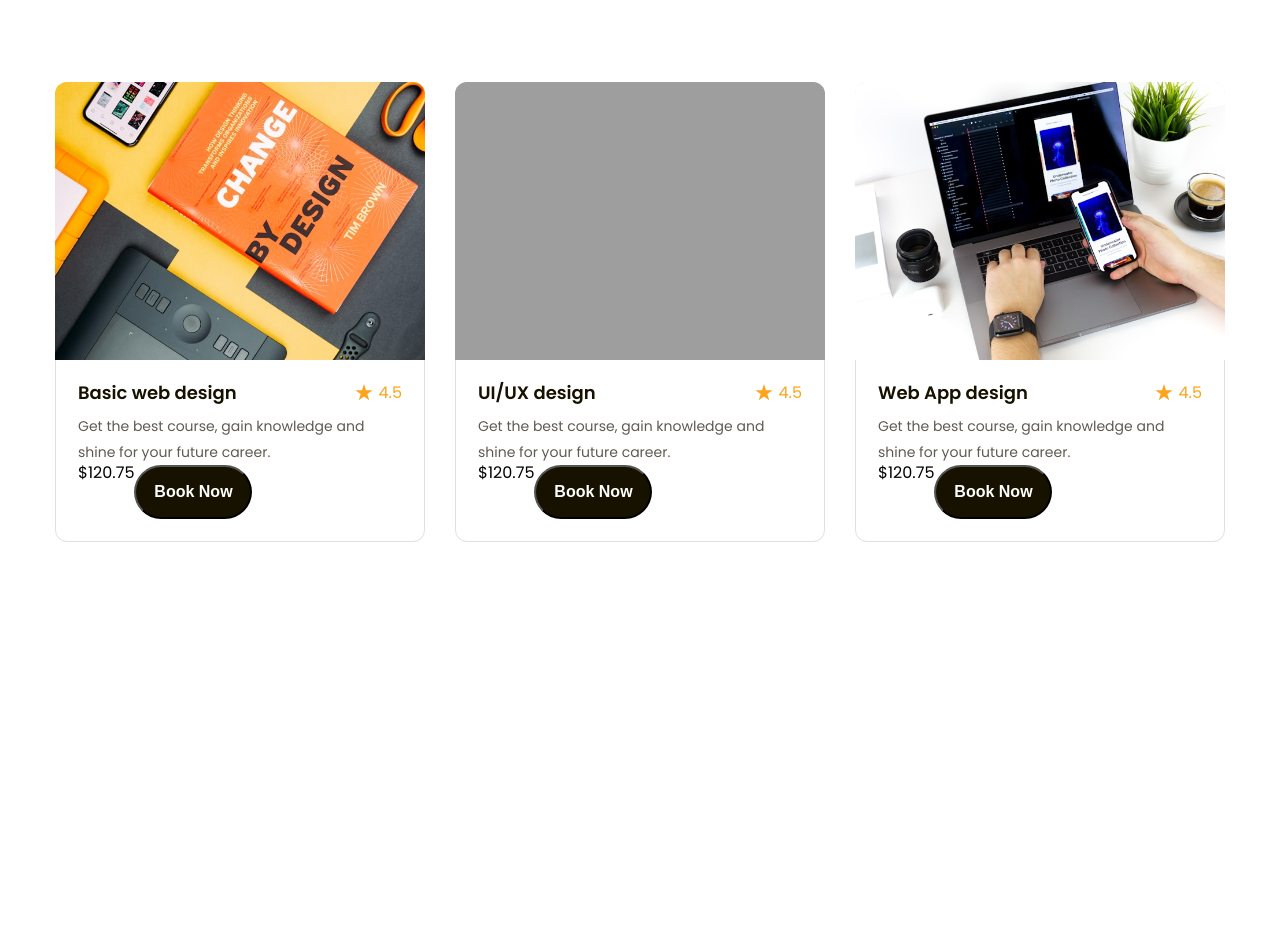
Repository: vancong171001/f8-html-css-02
Page: index.html
The author's editor kept a copy of each file at every save. The page is drawn from the files as they stood at one save, then again after a run of saves.
The browser window is 1280 px wide. The pictures show the part of the page from y = 1217 to 2169 px (the page is 5000 px tall).
Pictures or frames that could not be fetched are drawn as grey boxes. A picture or video elsewhere on the page could not be fetched, so the positions and the page height are approximate.

Above is the page before, as saved 2025-03-11 14:26:52.

After the next 2 saves:
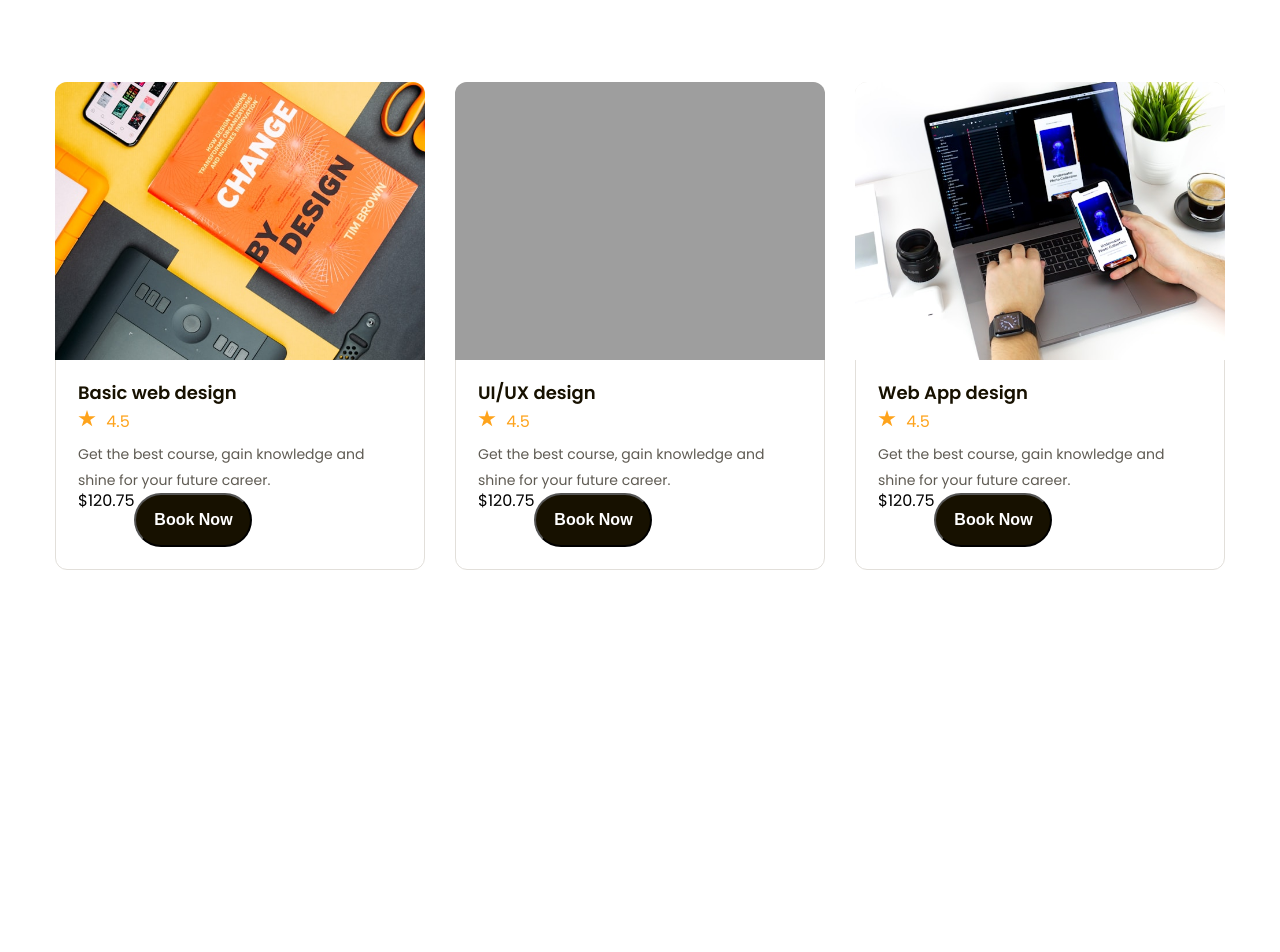
The 2 saves are shown as one change because they came seconds apart.
The last was saved 25 s later.
--- a/assets/css/style.css
+++ b/assets/css/style.css
@@ -335,7 +335,9 @@
 }
 
 .popular .course-item .head,
-.popular .course-item .rating {
+.popular .course-item .rating,
+
+{
   display: flex;
   justify-content: space-between;
   align-items: center;
